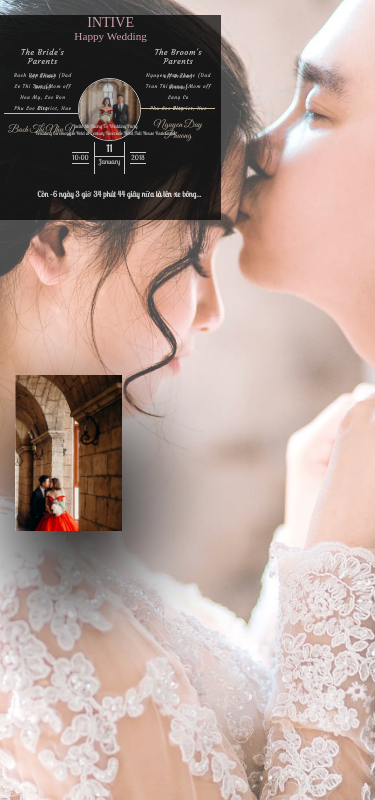
Repository: nguyenhuutuong999/WeddingOfSister
Page: wedding.html
An editor plug-in stored every save of this project. The page is shown before and after the next save, followed by the edit.
The browser window is 375 px wide. The pictures show the whole page.
Some web fonts or font styles are not loaded; a fallback is used.

Above is the page before, as saved 2019-09-16 20:49:54.

After the next save:
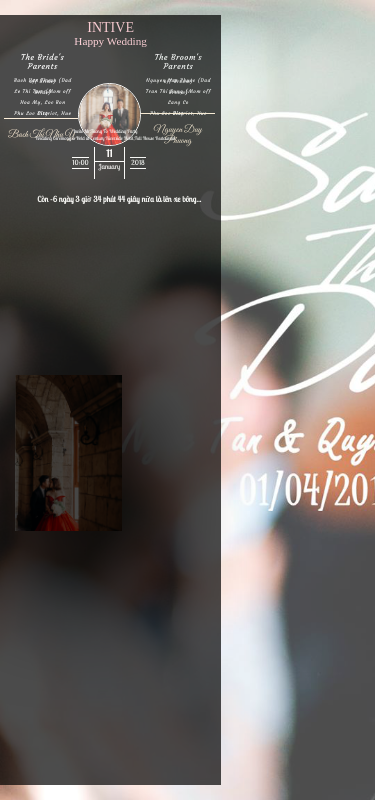
Saved 4 min 8 s later.
--- a/style.css
+++ b/style.css
@@ -180,6 +180,110 @@
 
 @media only screen and (max-width: 600px) {
 
+    <script type="text/javascript">
+    window.onload = function () {
+
+        setTimeout("switchImageVH()", 3000);
+        setTimeout("switchImageS()", 2000);
+        setTimeout("switchImageHH()", 2000);
+    }
+    var current_vh = 1;
+    var num_image_vh = 13;
+
+    var current_s = 1;
+    var num_image_s = 7
+
+    var current_hh = 1;
+    var num_image_hh = 9;
+
+    function switchImageVH() {
+        current_vh++;
+        document.images['image_vh'].src = './images/vh' + current_vh + '.jpg';
+
+        if (current_vh < num_image_vh) {
+            setTimeout("switchImageVH()", 3000);
+
+        } else if (current_vh == num_image_vh) {
+
+            current_vh = 1;
+            setTimeout("switchImageVH()", 3000);
+        }
+
+
+    }
+    function switchImageS() {
+        current_s++;
+        document.images['image_s'].src = './images/s' + current_s + '.jpg';
+
+        if (current_s < num_image_s) {
+            setTimeout("switchImageS()", 4000);
+
+        } else if (current_s == num_image_s) {
+            current_s = 1;
+            setTimeout("switchImageS()", 4000);
+        }
+    }
+    function switchImageHH() {
+        current_hh++;
+        document.images['image_s'].src = './images/s' + current_hh + '.jpg';
+
+        if (current_hh < num_image_s) {
+            setTimeout("switchImageS()", 4000);
+
+        } else if (current_hh == num_image_s) {
+            current_hh = 1;
+            setTimeout("switchImageS()", 4000);
+        }
+    }
+
+
+    var dateWedding = {
+
+        date: 10,
+        hour: 23,
+        minutes: 59,
+        second: 59,
+    }
+
+    setInterval(function () {
+        var today = new Date();
+        var date = "Còn " + (dateWedding.date - today.getDate()) + " ngày " + (dateWedding.hour - today.getHours()) + " giờ " + (dateWedding.minutes - today.getMinutes()) + " phút " + (dateWedding.second - today.getSeconds() + " giây nữa là lên xe bông...");
+        document.getElementById("countDown").innerHTML = date;
+    }, 1000);
+
+
+
+    // var canvas = document.getElementById('myCanvas');
+    // var context = canvas.getContext('2d');
+
+    // // Xác đinh tâm là trọng tâm của Canvas
+    // var x = canvas.width / 2;
+    // var y = canvas.height / 2;
+
+    // // bán kính 75px
+    // var radius = 130;
+
+    // // Góc bắt đầu là 1.1PI
+    // var startAngle = 1.1 * Math.PI;
+
+    // // Góc kết thúc là 1.9PI
+    // var endAngle = 1.9 * Math.PI;
+
+    // // Cùng chiều kim đồng hồ
+    // var counterClockwise = false;
+
+    // // Vẽ đường cung
+    // context.beginPath();
+    // context.arc(x, y, radius, startAngle, endAngle, counterClockwise);
+    // context.lineWidth = 1.5;
+
+    // // line color
+    // context.strokeStyle = 'blanchedalmond';
+    // context.stroke();
+
+
+</script>
+
     #container{
         display: inline-block;
         background-image: url("./images/wedding5.jpg");

After the save that followed:
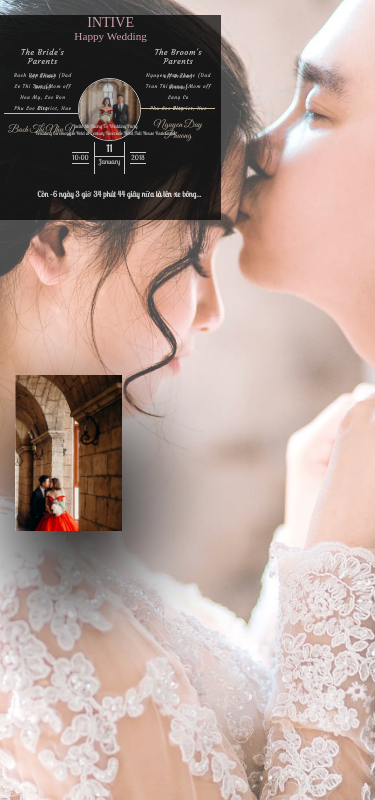
Saved 4 s later.
--- a/style.css
+++ b/style.css
@@ -180,109 +180,7 @@
 
 @media only screen and (max-width: 600px) {
 
-    <script type="text/javascript">
-    window.onload = function () {
-
-        setTimeout("switchImageVH()", 3000);
-        setTimeout("switchImageS()", 2000);
-        setTimeout("switchImageHH()", 2000);
-    }
-    var current_vh = 1;
-    var num_image_vh = 13;
-
-    var current_s = 1;
-    var num_image_s = 7
-
-    var current_hh = 1;
-    var num_image_hh = 9;
-
-    function switchImageVH() {
-        current_vh++;
-        document.images['image_vh'].src = './images/vh' + current_vh + '.jpg';
-
-        if (current_vh < num_image_vh) {
-            setTimeout("switchImageVH()", 3000);
-
-        } else if (current_vh == num_image_vh) {
-
-            current_vh = 1;
-            setTimeout("switchImageVH()", 3000);
-        }
-
-
-    }
-    function switchImageS() {
-        current_s++;
-        document.images['image_s'].src = './images/s' + current_s + '.jpg';
-
-        if (current_s < num_image_s) {
-            setTimeout("switchImageS()", 4000);
-
-        } else if (current_s == num_image_s) {
-            current_s = 1;
-            setTimeout("switchImageS()", 4000);
-        }
-    }
-    function switchImageHH() {
-        current_hh++;
-        document.images['image_s'].src = './images/s' + current_hh + '.jpg';
-
-        if (current_hh < num_image_s) {
-            setTimeout("switchImageS()", 4000);
-
-        } else if (current_hh == num_image_s) {
-            current_hh = 1;
-            setTimeout("switchImageS()", 4000);
-        }
-    }
-
-
-    var dateWedding = {
-
-        date: 10,
-        hour: 23,
-        minutes: 59,
-        second: 59,
-    }
-
-    setInterval(function () {
-        var today = new Date();
-        var date = "Còn " + (dateWedding.date - today.getDate()) + " ngày " + (dateWedding.hour - today.getHours()) + " giờ " + (dateWedding.minutes - today.getMinutes()) + " phút " + (dateWedding.second - today.getSeconds() + " giây nữa là lên xe bông...");
-        document.getElementById("countDown").innerHTML = date;
-    }, 1000);
-
-
-
-    // var canvas = document.getElementById('myCanvas');
-    // var context = canvas.getContext('2d');
-
-    // // Xác đinh tâm là trọng tâm của Canvas
-    // var x = canvas.width / 2;
-    // var y = canvas.height / 2;
-
-    // // bán kính 75px
-    // var radius = 130;
-
-    // // Góc bắt đầu là 1.1PI
-    // var startAngle = 1.1 * Math.PI;
-
-    // // Góc kết thúc là 1.9PI
-    // var endAngle = 1.9 * Math.PI;
-
-    // // Cùng chiều kim đồng hồ
-    // var counterClockwise = false;
-
-    // // Vẽ đường cung
-    // context.beginPath();
-    // context.arc(x, y, radius, startAngle, endAngle, counterClockwise);
-    // context.lineWidth = 1.5;
-
-    // // line color
-    // context.strokeStyle = 'blanchedalmond';
-    // context.stroke();
-
-
-</script>
+
 
     #container{
         display: inline-block;
